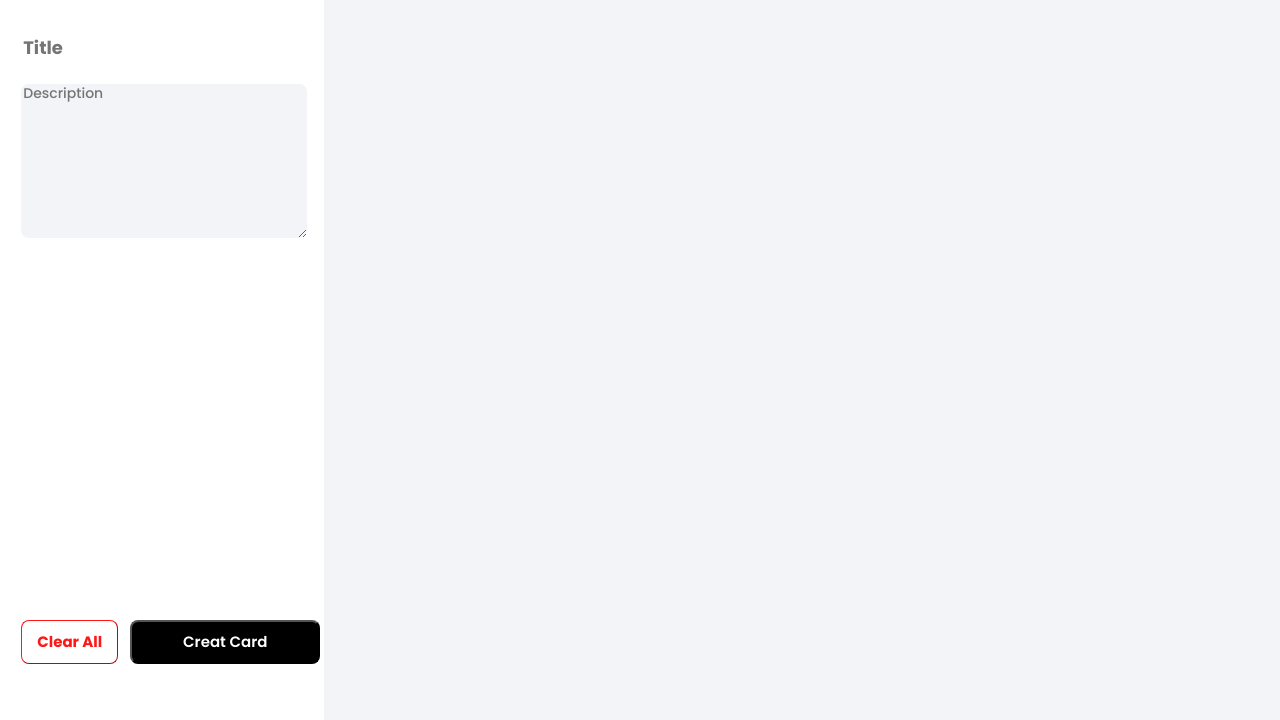
Repository: ReyhanehRahmani/TO-DO
Page: index.html
The author's editor kept a copy of each file at every save. The page is drawn from the files as they stood at one save, then again after the next save.
The browser window is 1280 px wide. The pictures show the whole page.
Some web fonts or font styles are not loaded; a fallback is used.

Above is the page before, as saved 2025-06-08 14:08:53.

After the next save:
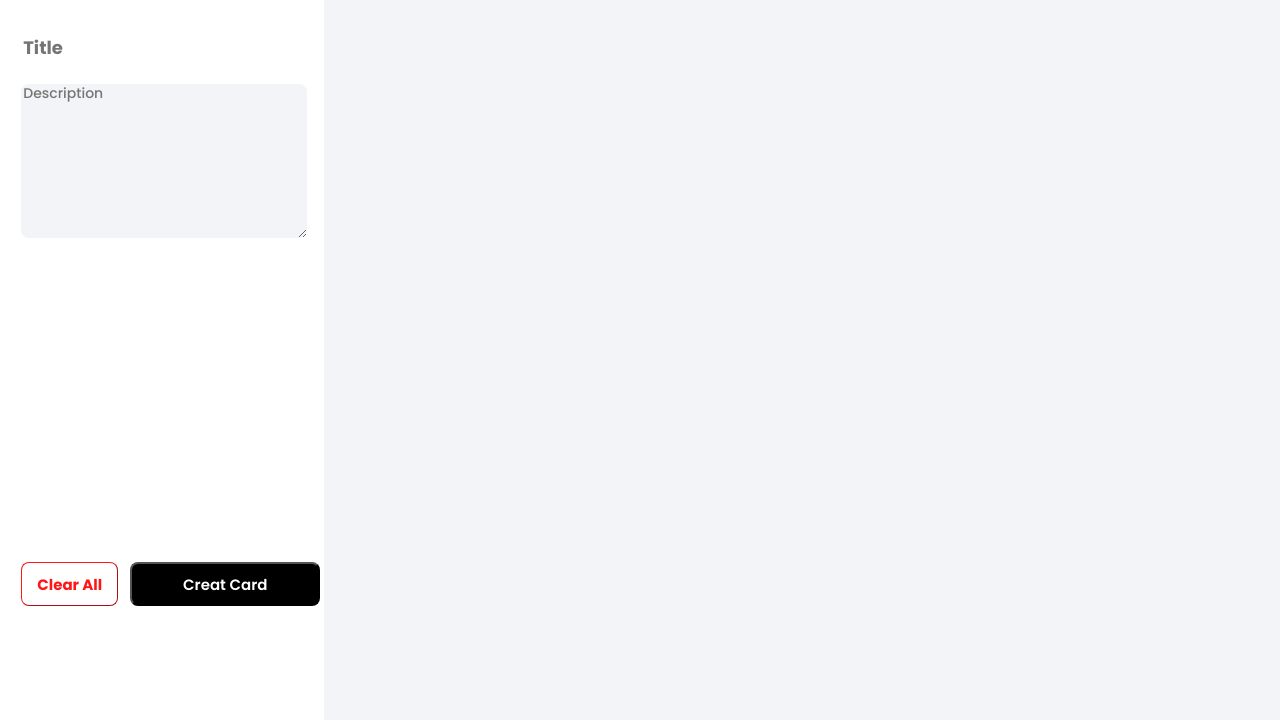
Saved 16 s later.
--- a/style.css
+++ b/style.css
@@ -226,8 +226,8 @@ body, html {
     display: flex;
     flex-direction: column;
     justify-content: space-between;
-    gap: 29.5vw;
-        margin-right: 6.557377049%;
+    gap: 25vw;
+    margin-right: 6.557377049%;
     margin-left: 6.557377049%;
     margin-top: 6.557377049%;
     margin-bottom: 6.557377049%;

After the 3 saves that followed:
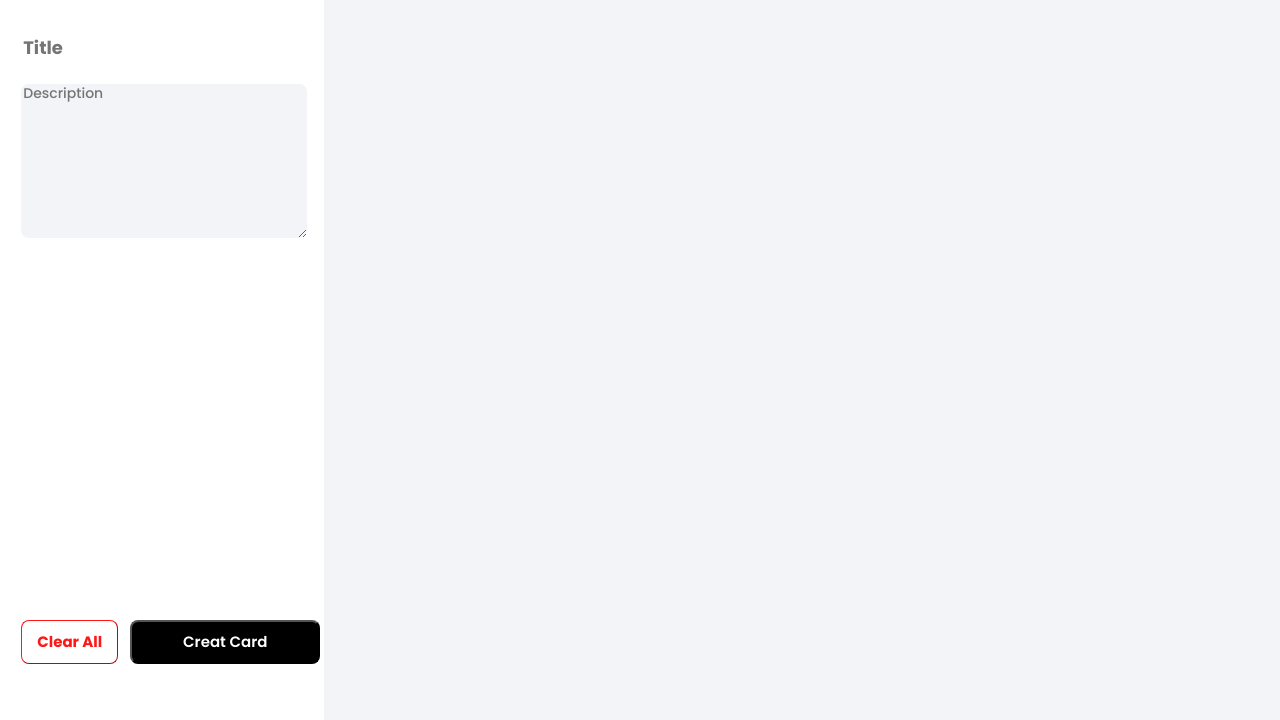
The 3 saves are shown as one change because 2 left the picture as it was.
The last was saved 32 s later.
--- a/style.css
+++ b/style.css
@@ -226,7 +226,7 @@ body, html {
     display: flex;
     flex-direction: column;
     justify-content: space-between;
-    gap: 25vw;
+    gap: 29.5vw;
     margin-right: 6.557377049%;
     margin-left: 6.557377049%;
     margin-top: 6.557377049%;
